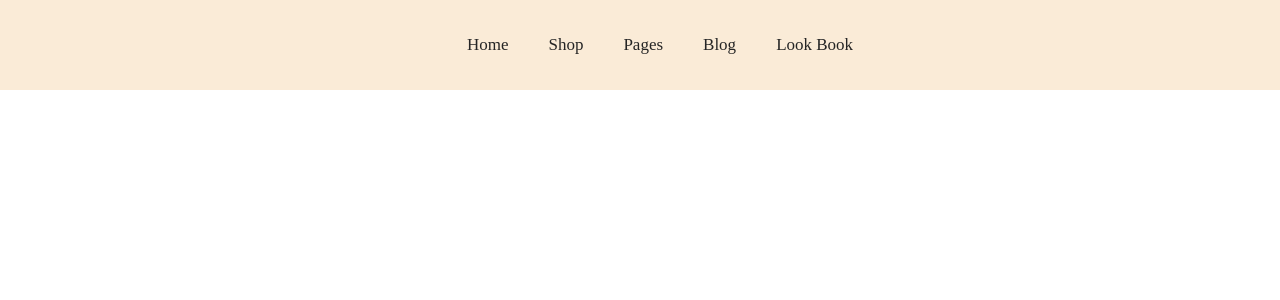
Repository: MorgunovaAlexandra/beauti
Page: index.html
The author's editor kept a copy of each file at every save. The page is drawn from the files as they stood at one save, then again after a run of saves.
The browser window is 1280 px wide. The pictures show the whole page.

Above is the page before, as saved 2022-08-24 12:21:49.

### index.html
<!DOCTYPE html>
<html lang="en">
<head>
    <meta charset="UTF-8">
    <meta http-equiv="X-UA-Compatible" content="IE=edge">
    <meta name="viewport" content="width=device-width, initial-scale=1.0">
    <link rel="stylesheet" href="./style.css">
    <title>Document</title>
</head>
<body>
    <div class="wrapper">
        <header class="header">
            <div class="header-container _container">
            <nav class="dws-menu">
                <ul class="menu-list">
                    <li><a href="#"><i class="fa fa-"></i>Home</a></li>
                    <li><a href="#"><i class="fa fa-"></i>Shop</a></li>
                    <li><a href="#"><i class="fa fa-"></i>Pages</a></li>
                    <li><a href="#"><i class="fa fa-"></i>Blog</a></li>
                    <li><a href="#"><i class="fa fa-"></i>Look Book</a></li>
                </ul>

            </nav>
            </div>
        </header>
    </div>
</body>
</html>

### style.css
* {
	margin: 0;
	padding: 0;
	border: 0;
	box-sizing: border-box;
}
:before,:after{
	padding: 0;
	margin: 0;
	border: 0;
	box-sizing: border-box;
}
html,body{
	height: 100%;
    font-family: 'SofiaProRegular';
	font-size: 18px;
	font-weight: 400;
}

.wrapper{
	width: 100%;
	overflow: hidden;

}
._container{
	max-width: 1170px;
	margin: 0px auto;
	padding: 0px 10px;
}
._container{
	max-width: 1170px;
	margin: 0px auto;
	padding: 0px 10px;
}
/*--------------------------*/
.header {
	font-family: 'TTCommons-Medium';
	position: absolute;/*---------изменено-----------------*/
	width: 100%;
	top: 0;
	left: 0;
	z-index: 50;
	font-size: 17px;
    height: 90px;
    background-color: antiquewhite;

}
.menu-list{
    display: flex;
    justify-content: center;
    align-items: center;
    height: 90px;

}
.menu-list li ::after{
   content: "";
   position: absolute;
   height: 2px;
   width: 0px;
   background-color: aqua;
   bottom:-5px;
   right: 0%;
   transition: .3s;
}
.menu-list li:hover::after{
width: 100%;
left: 0;
}
a{

    text-decoration: none;
    color:rgb(37, 37, 37);
    margin-left: 40px;
}
li{
    list-style: none;
    position: relative;
}

After the next 2 saves:
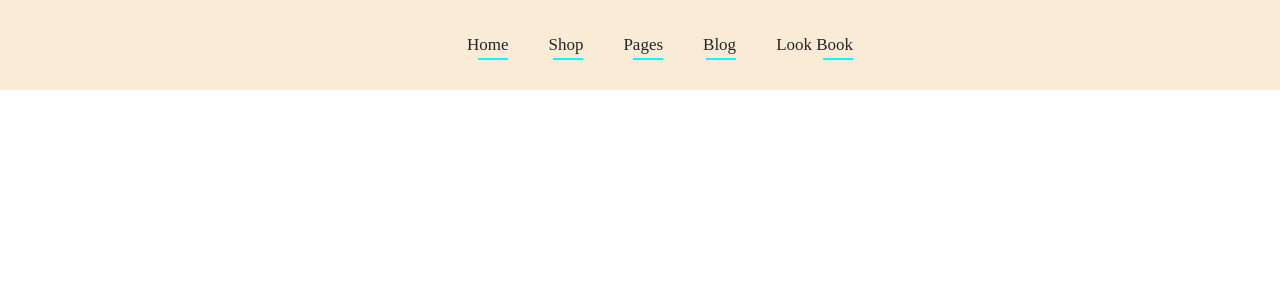
The 2 saves are shown as one change because they came seconds apart.
The last was saved 106 s later.
--- a/style.css
+++ b/style.css
@@ -56,7 +56,7 @@ html,body{
    content: "";
    position: absolute;
    height: 2px;
-   width: 0px;
+   width: 30px;
    background-color: aqua;
    bottom:-5px;
    right: 0%;

After the 2 saves that followed:
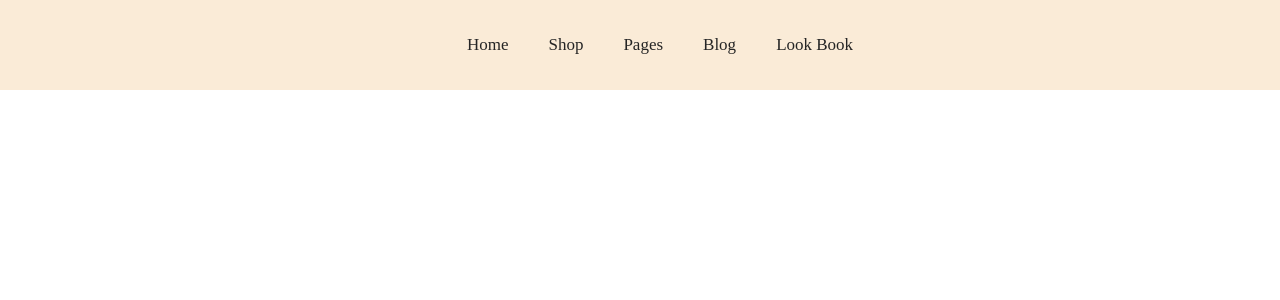
The 2 saves are shown as one change because they came seconds apart.
The last was saved 8 s later.
--- a/style.css
+++ b/style.css
@@ -61,10 +61,12 @@ html,body{
    bottom:-5px;
    right: 0%;
    transition: .3s;
+   opacity: 0;
 }
 .menu-list li:hover::after{
 width: 100%;
 left: 0;
+opacity: 1;
 }
 a{
 
